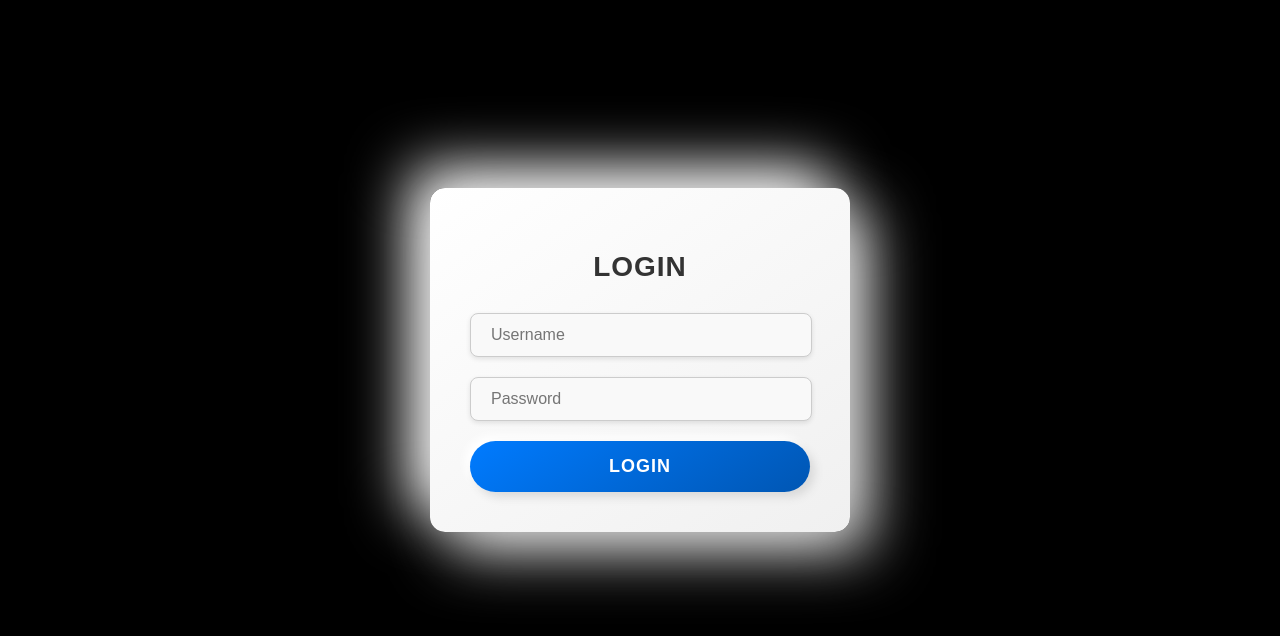
Repository: mdmisri/needy-talk
Page: /login (app in frontend/talk-d1/)
An editor plug-in stored every save of this project. The page is shown before and after the next save, followed by the edit.
The browser window is 1280 px wide. The pictures show the whole page.
The page's requests for data from a server got no answer. The project was rebuilt for these pictures with package versions that can differ from the ones it lists, and the page was loaded fresh each time. No one was signed in, and anything a server would have sent is missing. Also part of the build but not shown: frontend/talk-d1/src/components/Register/Register.js, frontend/talk-d1/src/conversationUtils.js, frontend/talk-d1/src/hooks/useConversation.js, frontend/talk-d1/src/components/Chat/styles/Message.css, frontend/talk-d1/src/components/Chat/Message.js, frontend/talk-d1/src/components/Chat/ChatBox.js, frontend/talk-d1/src/components/Chat/AdminChatBox.js, frontend/talk-d1/src/components/Chat/styles/AdminSelection.css and 2 more.

Above is the page before, as saved 2024-07-29 04:40:40.

### frontend/talk-d1/src/index.js
import React from 'react';
import ReactDOM from 'react-dom/client';
import './index.css';
import App from './App';
import { BrowserRouter } from 'react-router-dom';

const root = ReactDOM.createRoot(document.getElementById('root'));
root.render(
  <React.StrictMode>
    <BrowserRouter>
    <App />
    </BrowserRouter>
  </React.StrictMode>
);

// If you want to start measuring performance in your app, pass a function
// to log results (for example: reportWebVitals(console.log))
// or send to an analytics endpoint. Learn more: https://bit.ly/CRA-vitals

### frontend/talk-d1/src/App.js
import React, { useState, useEffect } from 'react';
import { Routes, Route, useNavigate } from 'react-router-dom';
import Login from './components/Login/Login';
import Register from './components/Register/Register';
import ChatBox from './components/Chat/ChatBox';
import AdminChatBox from './components/Chat/AdminChatBox';
import ChatStart from './components/Chat/ChatStart';
import AdminSelection from './components/Chat/AdminSelection';
import socket from './components/Chat/socket';

const App = () => {
    const [user, setUser] = useState(null);
    const [username, setUsername] = useState('');
    const [isAdmin, setIsAdmin] = useState(false);
    const [adminUsername, setAdminUsername] = useState(null);
    const [redirectToChat, setRedirectToChat] = useState(false);
    const navigate = useNavigate();

    useEffect(() => {
        const handleBeforeUnload = () => {
            if (username) {
                socket.emit('userOffline', username);
            }
        };

        window.addEventListener('beforeunload', handleBeforeUnload);

        return () => {
            window.removeEventListener('beforeunload', handleBeforeUnload);
        };
    }, [username]);

    useEffect(() => {
        if (user) {
            if (isAdmin) {
                navigate('/admin-chat');
            } else if (redirectToChat) {
                navigate(`/chat/${adminUsername}`);
            } else {
                navigate('/home');
            }
        }
    }, [user, isAdmin, redirectToChat, adminUsername, navigate]);

    const handleLogout = () => {
        socket.emit('userOffline', username);
        setUser(null);
        setUsername('');
        setIsAdmin(false);
        setAdminUsername(null);
        setRedirectToChat(false);
        navigate('/login');
    };

    const handleAdminSelection = (selectedAdminUsername) => {
        setAdminUsername(selectedAdminUsername);
        setRedirectToChat(true);
    };

    return (
        <div>
            <Routes>
                <Route path="/login" element={<Login setUser={setUser} setUsername={setUsername} setIsAdmin={setIsAdmin} />} />
                <Route path="/register" element={<Register />} />
                {/* Route for admin selection */}
                <Route path="/home" element={!isAdmin ? <ChatStart username={username} onAdminSelect={handleAdminSelection} /> : <AdminChatBox adminUsername={username} handleAdminSelection={handleAdminSelection} />} />
                {/* Route for admin chat box */}
                <Route path="/admin-chat" element={<AdminChatBox adminUsername={username} handleAdminSelection={handleAdminSelection} />} />
                {/* Route for user chat box */}
                <Route path="/chat/:receiverUsername" element={<ChatBox senderUsername={username} />} />
            </Routes>
            {user && <button onClick={handleLogout}>Logout</button>}
        </div>
    );
};

export default App;

### frontend/talk-d1/src/components/Login/Login.js
import React, { useState } from 'react';
import axios from 'axios';
import { useNavigate } from 'react-router-dom';
import socket from '../Chat/socket';
import './Login.css';

const Login = ({ setUser, setUsername, setIsAdmin, setAdminUsername }) => {
    const [username, setUsernameInput] = useState('');
    const [password, setPassword] = useState('');
    const [error, setError] = useState('');
    const navigate = useNavigate();

    const handleLogin = async (e) => {
        e.preventDefault();
        try {
            const response = await axios.post('http://localhost:3010/api/auth/login', {
                username,
                password,
            });

            const userData = response.data;
            setUser(userData);
            setUsername(username);
            setIsAdmin(userData.isAdmin);

            if (userData.isAdmin) {
                setAdminUsername(username); // Set the admin username
            }

            socket.emit('userOnline', username);
            navigate('/home');
        } catch (err) {
            setError('Invalid credentials');
        }
    };

    return (
        <div className="login-container">
            <h2>Login</h2>
            {error && <p className="error">{error}</p>}
            <form onSubmit={handleLogin}>
                <input
                    type="text"
                    value={username}
                    onChange={(e) => setUsernameInput(e.target.value)}
                    placeholder="Username"
                    required
                />
                <input
                    type="password"
                    value={password}
                    onChange={(e) => setPassword(e.target.value)}
                    placeholder="Password"
                    required
                />
                <button type="submit">Login</button>
            </form>
        </div>
    );
};

export default Login;

### frontend/talk-d1/src/components/Chat/socket.js
// socket.js
import io from 'socket.io-client';

const socket = io('http://localhost:3010');

export default socket;

### frontend/talk-d1/src/components/Login/Login.css
body, html {
    margin: 0;
    padding: 0;
    height: 100%;
    background-color: #000000; /* Set the background color to black */
    display: flex;
    justify-content: center;
    align-items: center;
    font-family: 'Arial', sans-serif;
}

.login-container {
    width: 340px;
    padding: 40px;
    background: linear-gradient(145deg, #ffffff, #f0f0f0);
    box-shadow: 20px 20px 60px #d9d9d9, -20px -20px 60px #ffffff;
    border-radius: 15px;
    margin: 100px auto;
    text-align: center;
}

.login-container h2 {
    margin-bottom: 30px;
    color: #333;
    font-size: 28px;
    font-weight: 600;
    text-transform: uppercase;
    letter-spacing: 1px;
}

.login-container input[type="text"],
.login-container input[type="password"] {
    width: calc(100% - 40px); /* Adjust width to account for padding */
    margin-bottom: 20px;
    padding: 12px 20px; /* Adjust padding for better spacing */
    border: 1px solid #ccc; /* Add a subtle border */
    border-radius: 8px; /* Less rounded for a more modern look */
    background: #f9f9f9;
    box-shadow: 0 2px 5px rgba(0, 0, 0, 0.1); /* Subtle outer shadow */
    font-size: 16px;
    transition: all 0.3s ease;
    outline: none; /* Remove default outline */
}

.login-container input[type="text"]:focus,
.login-container input[type="password"]:focus {
    border-color: #007BFF; /* Highlight border color on focus */
    box-shadow: 0 0 5px rgba(0, 123, 255, 0.5); /* Add glow effect on focus */
    background: #fff; /* Ensure background is clear on focus */
    outline: none;
    box-shadow: inset 5px 5px 10px #c1c1c1, inset -5px -5px 10px #ffffff;
}

.login-container button {
    width: 100%;
    padding: 15px;
    background: linear-gradient(145deg, #007bff, #0056b3);
    color: #fff;
    border: none;
    border-radius: 50px;
    cursor: pointer;
    font-size: 18px;
    font-weight: 600;
    text-transform: uppercase;
    letter-spacing: 1px;
    transition: all 0.3s ease;
    box-shadow: 5px 5px 10px #d9d9d9, -5px -5px 10px #ffffff;
}

.login-container button:hover {
    background: linear-gradient(145deg, #0056b3, #004494);
    transform: translateY(-3px);
    box-shadow: 7px 7px 15px #d9d9d9, -7px -7px 15px #ffffff;
}

.login-container button:active {
    transform: translateY(0);
    box-shadow: 3px 3px 5px #d9d9d9, -3px -3px 5px #ffffff;
}

### frontend/talk-d1/src/components/Register/Register.css
body, html {
    margin: 0;
    padding: 0;
    height: 100%;
    background-color: #000000;
    display: flex;
    justify-content: center;
    align-items: center;
    font-family: 'Arial', sans-serif;
}

.form-container {
    width: 340px;
    padding: 40px;
    background: linear-gradient(145deg, #ffffff, #f0f0f0);
    box-shadow: 0 0 30px rgba(255, 255, 255, 0.1);
    border-radius: 15px;
    text-align: center;
}

.form-container h2 {
    margin-bottom: 30px;
    color: #333;
    font-size: 28px;
    font-weight: 600;
    text-transform: uppercase;
    letter-spacing: 1px;
}

.form-container input[type="text"],
.form-container input[type="password"],
.form-container input[type="email"] {
    width: calc(100% - 40px);
    margin-bottom: 20px;
    padding: 12px 20px;
    border: 1px solid #ccc;
    border-radius: 8px;
    background: #f9f9f9;
    box-shadow: 0 2px 5px rgba(0, 0, 0, 0.1);
    font-size: 16px;
    transition: all 0.3s ease;
    outline: none;
}

.form-container input[type="text"]:focus,
.form-container input[type="password"]:focus,
.form-container input[type="email"]:focus {
    border-color: #007BFF;
    box-shadow: 0 0 5px rgba(0, 123, 255, 0.5);
    background: #fff;
}

.form-container .checkbox-container {
    display: flex;
    align-items: center;
    margin-bottom: 20px;
    font-size: 16px;
}

.form-container .checkbox-container input {
    margin-right: 10px;
    transform: scale(1.2);
}

.form-container button {
    width: 100%;
    padding: 15px;
    background: linear-gradient(145deg, #007bff, #0056b3);
    color: #fff;
    border: none;
    border-radius: 50px;
    cursor: pointer;
    font-size: 18px;
    font-weight: 600;
    text-transform: uppercase;
    letter-spacing: 1px;
    transition: all 0.3s ease;
    box-shadow: 0 5px 15px rgba(0, 0, 0, 0.2);
}

.form-container button:hover {
    background: linear-gradient(145deg, #0056b3, #004494);
    transform: translateY(-3px);
    box-shadow: 0 7px 20px rgba(0, 0, 0, 0.3);
}

.form-container button:active {
    transform: translateY(0);
    box-shadow: 0 3px 10px rgba(0, 0, 0, 0.2);
}

### frontend/talk-d1/src/components/Chat/styles/ChatBox.css
.chatbox {
    display: flex;
    flex-direction: column;
    height: 100vh;
    width: 400px;
    position: fixed; /* Fixed position */
    bottom: 0; /* Align to the bottom of the viewport */
    right: 0; /* Align to the right of the viewport */
    border: none; /* Removed border for a cleaner look */
    border-radius: 12px;
    box-shadow: 0 4px 20px rgba(0, 0, 0, 0.1);
    background-color: #ffffff; /* Changed to pure white for a cleaner design */
    overflow: hidden;
    font-family: 'Segoe UI', Tahoma, Geneva, Verdana, sans-serif; /* Updated font for modern feel */
}

.messages {
    flex: 1;
    padding: 20px;
    overflow-y: auto;
    background-color: #f9f9f9; /* Slightly off-white for contrast */
    border-top-left-radius: 12px;
    border-top-right-radius: 12px;
}

.messages div {
    margin-bottom: 12px;
    padding: 12px 16px;
    border-radius: 20px; /* More rounded corners */
    max-width: 75%;
    line-height: 1.5; /* Improved line height for readability */
    font-size: 15px; /* Slightly larger font size */
    transition: background-color 0.3s; /* Smooth background transition */
}

.sent {
    align-self: flex-end;
    background-color: #e1f5fe; /* Light blue for sent messages */
    color: #333;
}

.received {
    align-self: flex-start;
    background-color: #ffffff; /* White background for received messages */
    border: 1px solid #e0e0e0;
    color: #333;
}

.input-container {
    display: flex;
    padding: 10px;
    border-top: 1px solid #e0e0e0;
    background-color: #ffffff;
    box-shadow: 0 -2px 4px rgba(0, 0, 0, 0.1);
}

input {
    flex: 1;
    padding: 12px 20px;
    border: 2px solid #e0e0e0; /* Thicker border for input */
    border-radius: 25px;
    font-size: 15px; /* Increased font size */
    margin-right: 10px;
    box-shadow: inset 0 2px 4px rgba(0, 0, 0, 0.05);
    transition: border-color 0.3s, box-shadow 0.3s; /* Added transition for shadow */
}

input:focus {
    outline: none;
    border-color: #007bff; /* Blue border on focus */
    box-shadow: 0 0 5px rgba(0, 123, 255, 0.5);
}

button {
    padding: 12px 20px;
    border: none;
    border-radius: 25px; /* Added border-radius for button */
    background-color: #007bff; /* Blue background for button */
    color: #ffffff; /* White text for button */
    font-size: 15px; /* Increased font size */
    cursor: pointer;
    transition: background-color 0.3s; /* Smooth background transition */
}

button:hover {
    background-color: #0056b3; /* Darker blue on hover */
}

### frontend/talk-d1/src/components/Chat/styles/AdminChatBox.css
/* AdminChatBox.css */

.admin-chat-container {
    display: flex;
    height: 100vh;
    font-family: Arial, sans-serif;
}

.user-tabs {
    width: 250px;
    background-color: #f7f7f7;
    border-right: 1px solid #ddd;
    overflow-y: auto;
    padding: 10px;
}

.user-tab {
    padding: 10px;
    cursor: pointer;
    display: flex;
    justify-content: space-between;
    align-items: center;
    border-radius: 5px;
    transition: background-color 0.3s ease;
}

.user-tab:hover {
    background-color: #e0e0e0;
}

.user-tab.active {
    background-color: #007bff;
    color: white;
}

.chat-box {
    flex: 1;
    display: flex;
    flex-direction: column;
    padding: 10px;
    background-color: #fff;
}

.messages {
    flex: 1;
    overflow-y: auto;
    margin-bottom: 10px;
    border-bottom: 1px solid #ddd;
}

.typing-indicator {
    font-style: italic;
    color: #999;
    margin: 5px 0;
}

input[type="text"] {
    width: calc(100% - 80px);
    padding: 10px;
    margin-right: 10px;
    border: 1px solid #ddd;
    border-radius: 5px;
    outline: none;
    transition: border-color 0.3s ease;
}

input[type="text"]:focus {
    border-color: #007bff;
}

button {
    padding: 10px 20px;
    background-color: #007bff;
    color: white;
    border: none;
    border-radius: 5px;
    cursor: pointer;
    transition: background-color 0.3s ease;
}

button:hover {
    background-color: #0056b3;
}

/* Responsive Design */
@media (max-width: 768px) {
    .admin-chat-container {
        flex-direction: column;
    }

    .user-tabs {
        width: 100%;
        border-right: none;
        border-bottom: 1px solid #ddd;
    }

    input[type="text"] {
        width: calc(100% - 90px);
    }
}

Loaded but not shown: frontend/talk-d1/public/index.html (common file); frontend/talk-d1/src/index.css (no stored copy; drawn as an empty file)

After the next save:
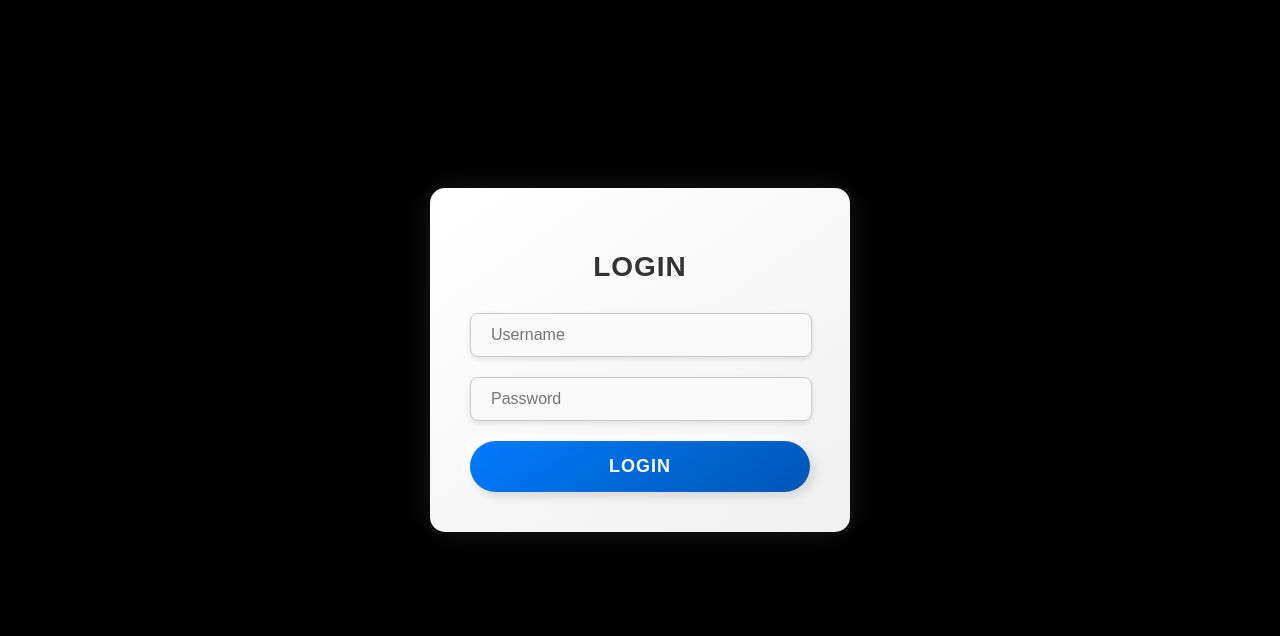
Saved 5 s later.
--- a/frontend/talk-d1/src/components/Login/Login.css
+++ b/frontend/talk-d1/src/components/Login/Login.css
@@ -13,9 +13,8 @@ body, html {
     width: 340px;
     padding: 40px;
     background: linear-gradient(145deg, #ffffff, #f0f0f0);
-    box-shadow: 20px 20px 60px #d9d9d9, -20px -20px 60px #ffffff;
+    box-shadow: 0 0 30px rgba(255, 255, 255, 0.1);
     border-radius: 15px;
-    margin: 100px auto;
     text-align: center;
 }
 
